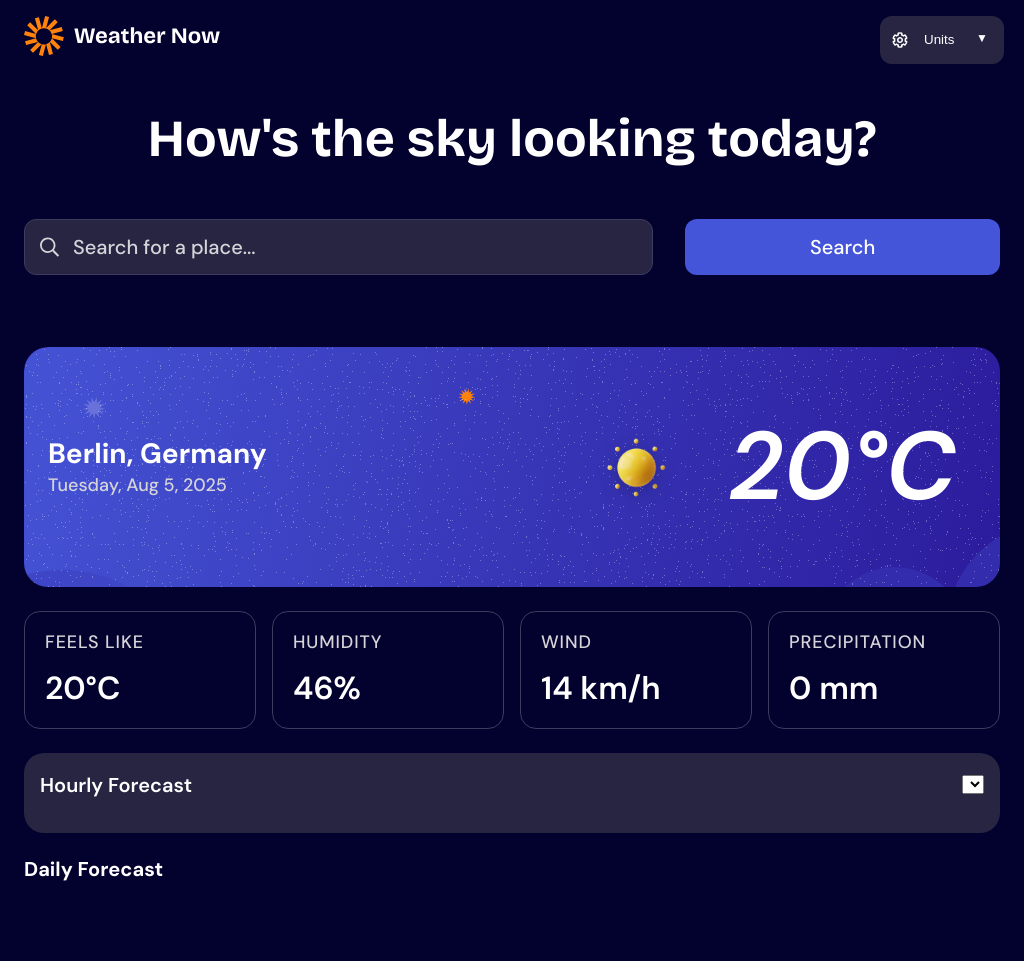
Repository: MKwaak/weather-app-main
Page: index.html
These files come from the project's save history. The page is drawn as it stood at one moment and after the next save; the edit follows.
The browser window is 1024 px wide. The pictures show the whole page.
The page's requests for data from a server got no answer.

Above is the page before, as saved 2026-01-31 21:24:34.

After the next save:
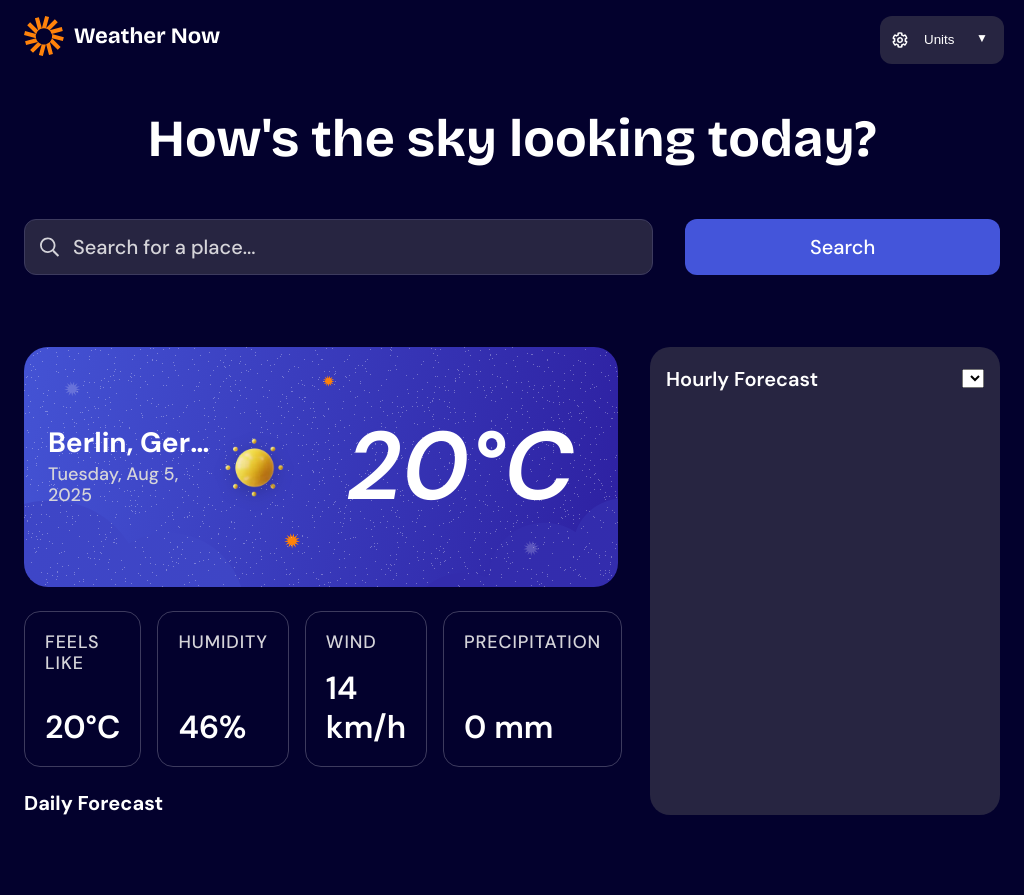
Saved 2 h 18 min later.
--- a/style.css
+++ b/style.css
@@ -751,31 +751,41 @@
 .dashboard {
   display: grid;
   gap: 24px;
-  /* DESKTOP BASIS */
-  grid-template-columns: 1fr 350px;
+  width: 100%;
+
+  /* STAP 1: De basis is 1 kolom (Mobiel/Tablet) */
+  grid-template-columns: 1fr;
   grid-template-areas:
-    "current hourly"
-    "daily   hourly";
-  align-items: start;
-  width: 100%;
-}
-
-/* TABLET & LARGE MOBILE (Hier gaat het nu vaak mis) */
-@media (max-width: 1050px) {
+    "current"
+    "hourly"
+    "daily";
+}
+
+/* STAP 2: Alleen op Desktop gaan we naar de 2-koloms indeling */
+@media (min-width: 1000px) {
   .dashboard {
-    /* We stappen hier al over naar één kolom om 'gepriegel' te voorkomen */
-    grid-template-columns: 1fr;
+    /* Nu pas mag de uren-kolom die 350px opeisen */
+    grid-template-columns: minmax(0, 2fr) 350px;
     grid-template-areas:
-      "current"
-      "hourly"
-      "daily";
-  }
-
-  .current,
-  .hourly,
-  .daily {
-    width: 100%; /* Dwing ze de volle breedte te pakken */
-  }
+      "current hourly"
+      "daily   hourly";
+    column-gap: 32px;
+  }
+}
+
+/* STAP 3: Zorg dat de blokken hun plek weten */
+.current {
+  grid-area: current;
+  min-width: 0;
+}
+.daily {
+  grid-area: daily;
+  min-width: 0;
+}
+.hourly {
+  grid-area: hourly;
+  min-width: 0;
+  width: 100%;
 }
 
 /* Specifieke correctie voor de Daily sectie op mobiel */
